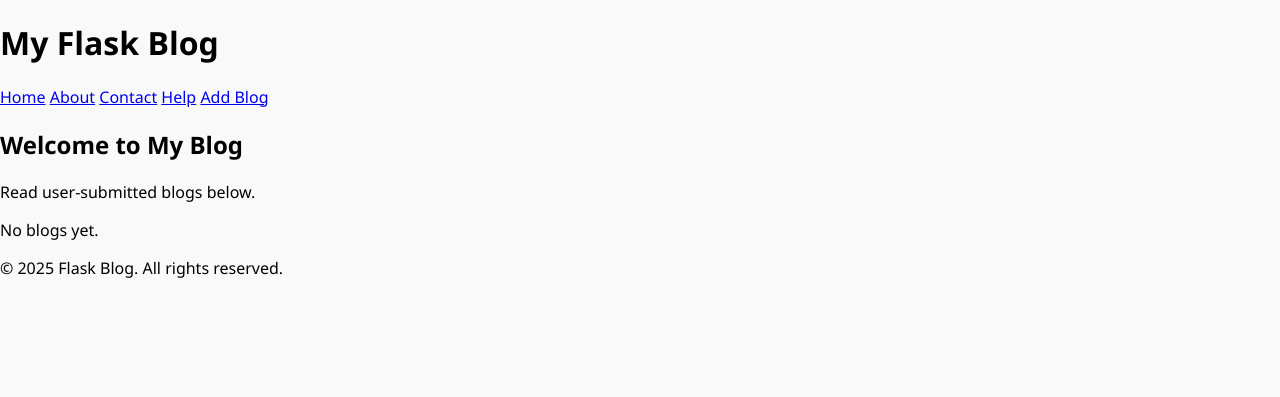
Repository: ankitg-02/FLASK
Page: http://localhost/
These files come from the project's save history. The page is drawn as it stood at one moment and after the next save; the edit follows.
The browser window is 1280 px wide. The pictures show the whole page.
The page is served by the project's application, run on Flask 3 (app.py).

Above is the page before, as saved 2025-05-19 13:19:07.

After the next save:
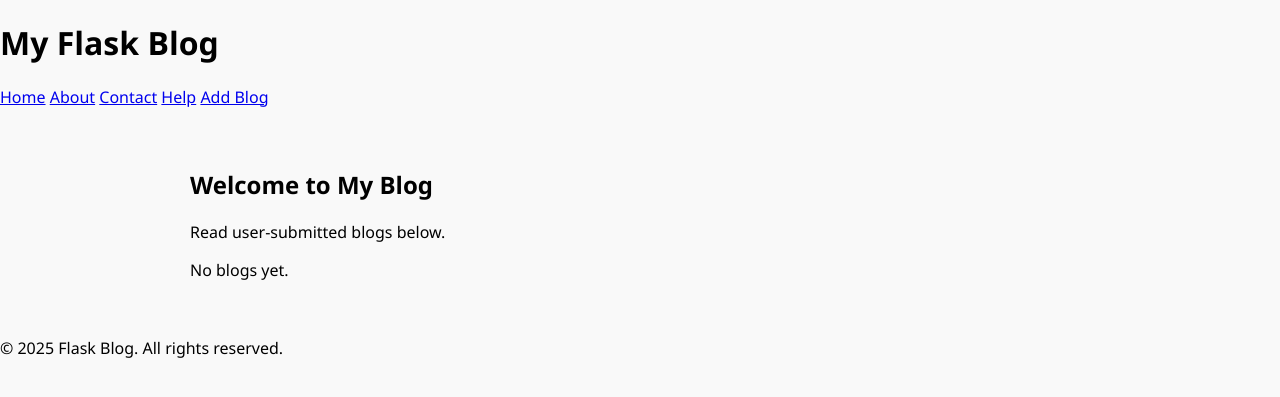
Saved 2 min 26 s later.
--- a/Project2/static/css/style.css
+++ b/Project2/static/css/style.css
@@ -5,44 +5,33 @@ body {
     padding: 0;
 }
 
-.form-container {
-    max-width: 600px;
-    margin: 30px auto;
-    background: #fff;
-    padding: 25px;
-    border-radius: 12px;
-    box-shadow: 0 0 10px rgba(0,0,0,0.1);
+.navbar {
+    background-color: #004080;
+    padding: 15px 0;
 }
 
-.blog-form label {
-    font-weight: 600;
-    margin-top: 15px;
-    display: block;
+.nav-container {
+    max-width: 1000px;
+    margin: auto;
+    display: flex;
+    justify-content: space-around;
+    flex-wrap: wrap;
 }
 
-.blog-form input,
-.blog-form textarea {
-    width: 100%;
-    padding: 10px;
-    margin-top: 6px;
-    border: 1px solid #ccc;
-    border-radius: 6px;
-    font-size: 16px;
-    box-sizing: border-box;
+.nav-container a {
+    color: #fff;
+    text-decoration: none;
+    padding: 10px 20px;
+    font-weight: 600;
 }
 
-.blog-form button {
-    margin-top: 20px;
-    padding: 10px 20px;
-    background-color: #0054a6;
-    color: white;
-    border: none;
-    border-radius: 6px;
-    font-size: 16px;
-    cursor: pointer;
-    transition: background 0.3s;
+.nav-container a:hover {
+    background-color: #002f5f;
+    border-radius: 5px;
 }
 
-.blog-form button:hover {
-    background-color: #003f7f;
+main {
+    max-width: 900px;
+    margin: 20px auto;
+    padding: 20px;
 }
